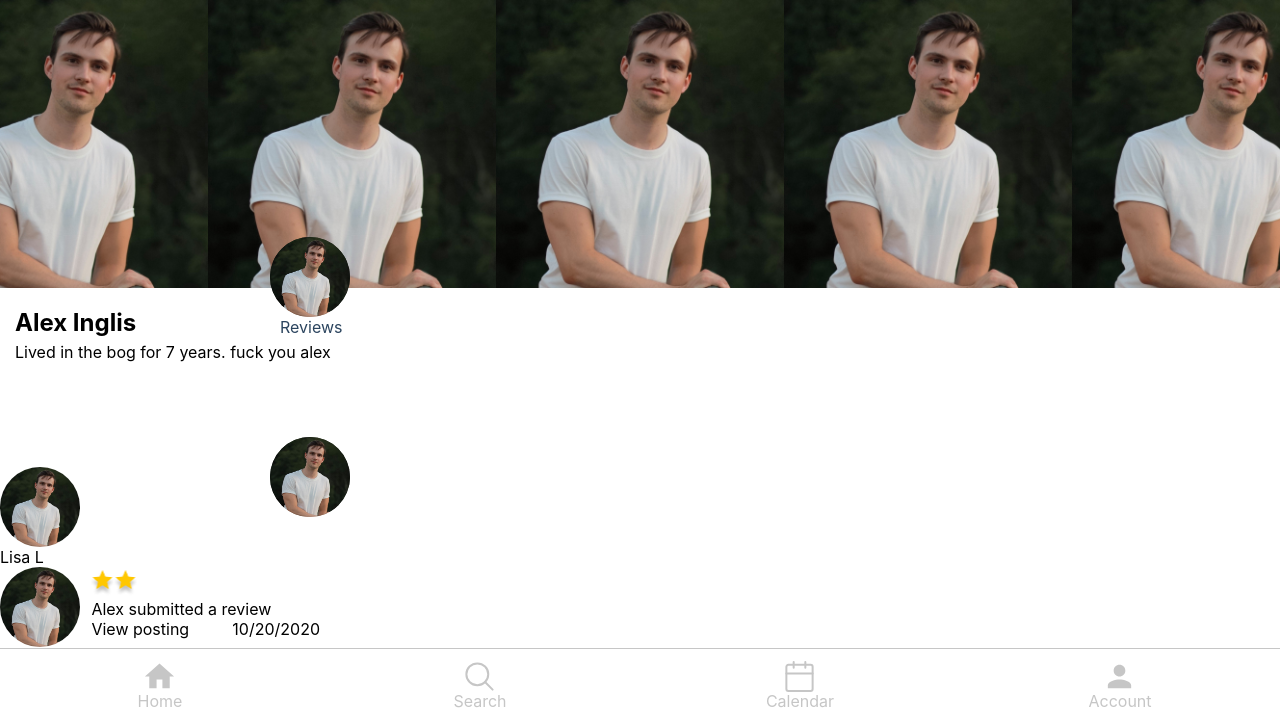
Repository: nguyenlejoe/HomeChef
Page: /ChefReview (app in app/)
The author's editor kept a copy of each file at every save. The page is drawn from the files as they stood at one save, then again after the next save.
The browser window is 1280 px wide. The pictures show the whole page.
The project was rebuilt for these pictures with package versions that can differ from the ones it lists, and the page was loaded fresh each time. Also part of the build but not shown: app/src/comps/MainButton/index.js.

Above is the page before, as saved 2020-11-07 11:10:00.

### app/src/App.js
import React from 'react';
//import logo from './logo.svg';
//import './App.css';
import Pages from './pages/ChefReview';

function App() {
  return (
    <Pages />
  );
}

export default App;

### app/src/pages/ChefReview.js
import React from 'react';
import './ChefPage.scss'
import NavBarGourmet from '../comps/NavBarGourmet';
import Avatar from '../comps/Avatar';
import RatingContainer from '../comps/ActivityPost';




export default function Home() {
  return<div className="app">
        <div className="CoverImage"></div>
        <div className="ChefDesc">
            <h2>Alex Inglis</h2>
            <p>Lived in the bog for 7 years. fuck you alex</p>
        </div>
        <div className="AvatarBox">
                <Avatar></Avatar>
                <a>Reviews</a>
        </div>
        <div className="ReviewList">
            <div className="review">
                <div className="AvatarBox">
                    <Avatar></Avatar>
                </div>
            </div>
            <div className="ReviewCont">
                <div className="ReviewProfile"><Avatar></Avatar>Lisa L</div>
                <RatingContainer>

                </RatingContainer>
                <div>Yunus is a fried rice genius! You need to try his food at least once for your life</div>
            </div>
            <div className="review">
                <div className="AvatarBox">
                    <div>
                         <Avatar></Avatar>
                    </div>

                </div>
            </div>
            <div className="review">
                <div className="AvatarBox">
                    <Avatar></Avatar>
                </div>
            </div>
        </div>

        <div className="Nav">
          <NavBarGourmet
          bgimg = "/Search.png"
          title = "Search"
          btnState = {true}
          orderActive = {true}
          ></NavBarGourmet>
        </div>


    </div>

}

### app/src/pages/ChefPage.scss
.app{
    width: 100vw;
    height:100vh;
    overflow-x: hidden;
}

.CoverImage{
    height: 40%;
    background-image: url("/alex.jpg");
    background-position: center;
    background-size: contain;
}

.ChefDesc{
    height:20%;
    width: 65%;
    margin: 15px;
    p{
        margin-top: -15px;
    }
}

.FoodList{
    height:70%;
    margin-top:-70px;
    display: flex;
    flex-wrap: wrap;
    justify-content: center;
}

.food{
    margin:10px;
}

.AvatarBox{
    height:0px;
    position: relative;
    z-index: 1;
    top: -230px;
    left: 270px;
    a{
        margin-left:10px;
        color: #2B445E;
    }
}

.Nav{
    height: 10%;
    width: 100%;
    position: fixed;
    bottom: 0;
}

### app/src/comps/NavBarGourmet/index.js
import React, {useState} from 'react';
import styled, {css} from 'styled-components';
import Button from '../MainButton';

const NavContainer = styled.div`
display:flex;
height:100%;
width:100%;
background-color:#FFFFFF;
`;

const NavBox = styled.div`
justify-content:space-around;
display:flex;
align-items:center;
position:relative;
width:100%;
height:100%;
border-top: 1px solid #C6C6C6;


`;

const NavButton = styled.div`
    display:flex;
    align-items:center;
    flex-direction:column;
    margin:2px;
    width:15%;
    height:80%;
    text-align:center;

`;

const NavIcon = styled.div`
    margin-top:3px;
    margin-right:2px;
    width:55%;
    height:55%;
    background-size:contain;
    background-repeat: no-repeat;


`;

const NavLabel = styled.div`
    height:20px;
    width:100%;
    color:${props => props.ButtonActive};

`;






const NavBar = ({active, onClickHome, onClickSearch, onClickCalendar, onClickAccount}) => {

const [ButtonActiveVal,SetActive] = useState(active);

    return <NavContainer>
        <NavBox>

            <NavButton onClick={onClickHome}
            ButtonActive = {ButtonActiveVal === 1 ? "#24B574" : "#C6C6C6"}
            >
            <NavIcon>
                <svg width="35" height="35" viewBox="0 0 35 35" fill="none" xmlns="http://www.w3.org/2000/svg">
                    <path d="M14.5834 29.1667V20.4167H20.4167V29.1667H27.7084V17.5H32.0834L17.5001 4.375L2.91675 17.5H7.29175V29.1667H14.5834Z" fill={ButtonActiveVal === 1 ? "#24B574" : "#C6C6C6"}/>
                </svg>
            </NavIcon>
                <NavLabel ButtonActive={ButtonActiveVal === 1 ? "#24B574" : "#C6C6C6"}>Home</NavLabel>
            </NavButton>

            <NavButton
            onClick={onClickSearch}
            // onClick={()=>{
            //     SetActive(active);
            // }}
            ButtonActive = {ButtonActiveVal === 2 ? "#24B574" : "#C6C6C6"}
            >
                <NavIcon>
                    <svg width="35" height="35" viewBox="0 0 35 35" fill="none" xmlns="http://www.w3.org/2000/svg">
                        <path fill-rule="evenodd" clip-rule="evenodd" d="M15.3125 26.25C21.3531 26.25 26.25 21.3531 26.25 15.3125C26.25 9.27189 21.3531 4.375 15.3125 4.375C9.27189 4.375 4.375 9.27189 4.375 15.3125C4.375 21.3531 9.27189 26.25 15.3125 26.25Z" stroke={ButtonActiveVal === 2 ? "#24B574" : "#C6C6C6"} stroke-width="2" stroke-linecap="round" stroke-linejoin="round"/>
                        <path d="M30.625 30.625L23.0416 23.0417" stroke={ButtonActiveVal === 2 ? "#24B574" : "#C6C6C6"}stroke-width="2" stroke-linecap="round" stroke-linejoin="round"/>
                    </svg>
                </NavIcon>
                <NavLabel ButtonActive={ButtonActiveVal === 2 ? "#24B574" : "#C6C6C6"} >Search</NavLabel>
            </NavButton>

            <NavButton
            onClick={onClickCalendar}
            // onClick={()=>{
            //     SetActive(active);
            // }}
            ButtonActive = {ButtonActiveVal === 3 ? "#24B574" : "#C6C6C6"}
            >
                <NavIcon>
                    <svg width="35" height="35" viewBox="0 0 35 35" fill="none" xmlns="http://www.w3.org/2000/svg">
                        <path fill-rule="evenodd" clip-rule="evenodd" d="M4.375 7.83325C4.375 6.72868 5.27043 5.83325 6.375 5.83325H28.625C29.7296 5.83325 30.625 6.72868 30.625 7.83325V30.0833C30.625 31.1878 29.7296 32.0833 28.625 32.0833H6.375C5.27043 32.0833 4.375 31.1878 4.375 30.0833V7.83325Z" stroke={ButtonActiveVal === 3 ? "#24B574" : "#C6C6C6"} stroke-width="2" stroke-linecap="round" stroke-linejoin="round"/>
                        <path d="M23.3333 2.91675V8.75008" stroke={ButtonActiveVal === 3 ? "#24B574" : "#C6C6C6"} stroke-width="2" stroke-linecap="round" stroke-linejoin="round"/>
                        <path d="M11.6667 2.91675V8.75008" stroke={ButtonActiveVal === 3 ? "#24B574" : "#C6C6C6"} stroke-width="2" stroke-linecap="round" stroke-linejoin="round"/>
                        <path d="M4.375 14.5833H30.625" stroke={ButtonActiveVal === 3 ? "#24B574" : "#C6C6C6"} stroke-width="2" stroke-linecap="round" stroke-linejoin="round"/>
                    </svg>
                </NavIcon>
                <NavLabel ButtonActive={ButtonActiveVal === 3 ? "#24B574" : "#C6C6C6"}>Calendar</NavLabel>
            </NavButton>


            <NavButton
            onClick={onClickAccount}
            // onClick={()=>{
            //     SetActive(active);
            // }}
            ButtonActive = {ButtonActiveVal === 4 ? "#24B574" : "#C6C6C6"}
            >
                <NavIcon>
                    <svg width="35" height="35" viewBox="0 0 35 35" fill="none" xmlns="http://www.w3.org/2000/svg">
                        <path d="M17.4999 17.4999C20.7228 17.4999 23.3332 14.8895 23.3332 11.6666C23.3332 8.44367 20.7228 5.83325 17.4999 5.83325C14.277 5.83325 11.6666 8.44367 11.6666 11.6666C11.6666 14.8895 14.277 17.4999 17.4999 17.4999ZM17.4999 20.4166C13.6062 20.4166 5.83325 22.3708 5.83325 26.2499V29.1666H29.1666V26.2499C29.1666 22.3708 21.3937 20.4166 17.4999 20.4166Z" fill={ButtonActiveVal === 4 ? "#24B574" : "#C6C6C6"}/>
                    </svg>
                </NavIcon>
                <NavLabel ButtonActive={ButtonActiveVal === 4 ? "#24B574" : "#C6C6C6"}>Account</NavLabel>
            </NavButton>
        </NavBox>
    </NavContainer>

}

NavBar.defaultProps = {
    title: "label",
    bgimg: "/Home.png",
    orderNum: "0",
    ButtonActive:"black"

}

export default NavBar;

### app/src/comps/Avatar/index.js
import React from 'react';
import styled from 'styled-components';

const AvatarContainer = styled.div`
width:80px;
height:80px;
`;

const AvatarImg = styled.div`
min-width:100%;
min-height:100%;
background-image:url(${props=>props.bgimg ? props.bgimg : "none"});
background-size:cover;
border-radius:100px;

`;

const Avatar = ({bgimg}) =>{
    return <AvatarContainer>
        <AvatarImg bgimg={bgimg}></AvatarImg>
    </AvatarContainer>
}

Avatar.defaultProps = {
    bgimg : "./alex.jpg"
}

export default Avatar;

### app/src/comps/ActivityPost/index.js
import React from 'react';
import styled, {css} from 'styled-components';
import Avatar from '../Avatar';

const PostContainer = styled.div`
    width:320px;
    height:80px;
    display:flex;
`;

const ContentContainer = styled.div`
    display:flex;
    flex-direction:column;
    width:75%;

`;

const RatingContainer = styled.div`
    height:40%;
    display:flex;
`;
const TitleContainer = styled.div``;

const FullDetailContainer = styled.div`
    display:flex;
    justify-content:space-between;
`;

const AvatarContainer = styled.div`
    width:30%;
`;

const StarBox = styled.div`
    width:10%;
    height:100%;
    background-image:url(/star.png);
    background-repeat:no-repeat;
    background-position:center;
`;

const ActivityPost = ({buyer, type, fullDesc, date}) =>{
    return <PostContainer>
            <AvatarContainer><Avatar></Avatar></AvatarContainer>
            <ContentContainer>
                <RatingContainer>
                    <StarBox></StarBox>
                    <StarBox></StarBox>
                </RatingContainer>
                <TitleContainer>{buyer} submitted a {type}</TitleContainer>
                <FullDetailContainer>
                    <a>View {fullDesc}</a>
                    {date}
                </FullDetailContainer>
            </ContentContainer>
    </PostContainer>
}

ActivityPost.defaultProps ={
    buyer:"Alex",
    type:"review",
    fullDesc:"posting",
    date:"10/20/2020"
}

export default ActivityPost;

Loaded but not shown: app/public/index.html (common file); app/src/index.js (common file); app/src/index.css (common file); app/src/serviceWorker.js (common file)

After the next save:
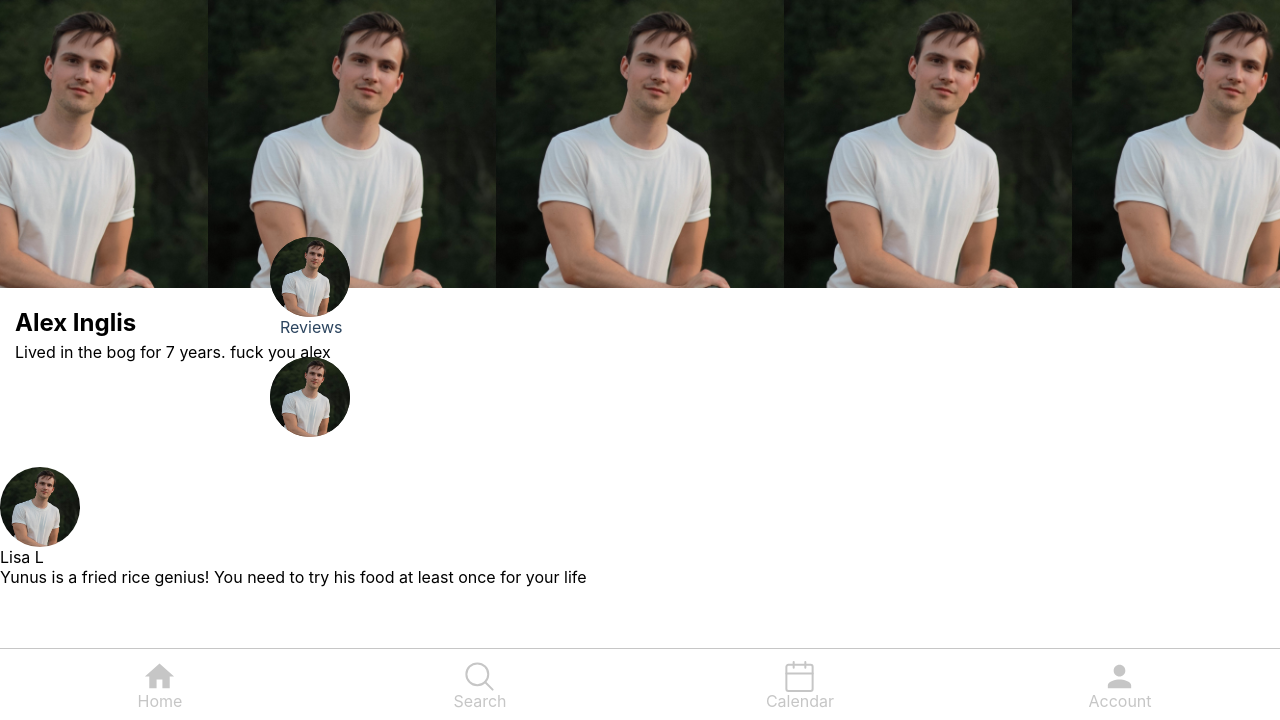
Saved 4 min 8 s later.
--- a/app/src/pages/ChefReview.js
+++ b/app/src/pages/ChefReview.js
@@ -26,9 +26,13 @@ export default function Home() {
             </div>
             <div className="ReviewCont">
                 <div className="ReviewProfile"><Avatar></Avatar>Lisa L</div>
-                <RatingContainer>
-
-                </RatingContainer>
+                <div className="Rating">
+                    <div className="stars"></div>
+                    <div className="stars"></div>
+                    <div className="stars"></div>
+                    <div className="stars"></div>
+                    <div className="stars"></div>
+                </div>
                 <div>Yunus is a fried rice genius! You need to try his food at least once for your life</div>
             </div>
             <div className="review">
